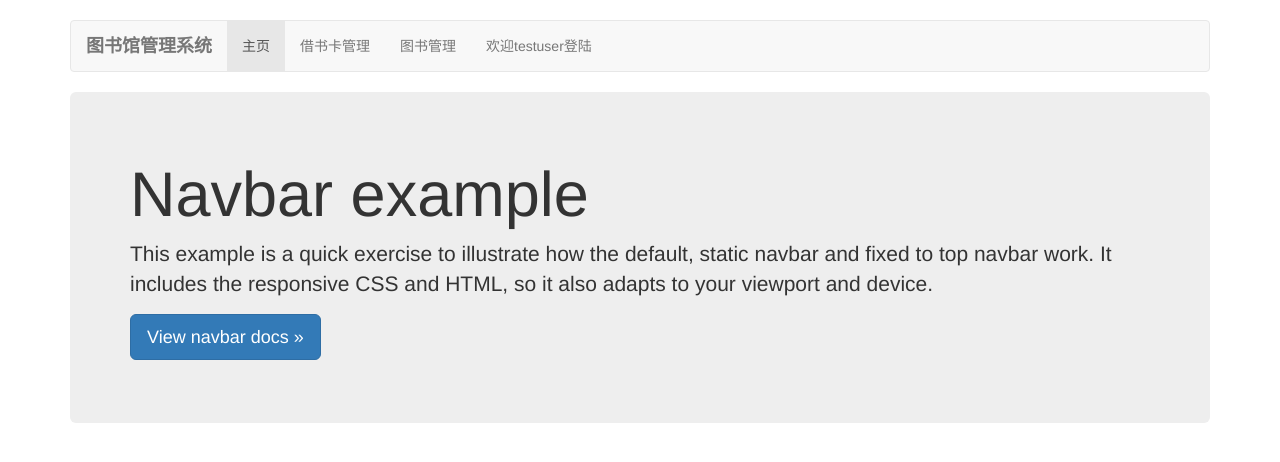
Repository: chaice/code
Page: http://localhost/web5/home
An editor plug-in stored every save of this project. The page is shown before and after the next save, followed by the edit.
The browser window is 1280 px wide. The pictures show the whole page.
Some web libraries are served in a nearby version. The page is served by Tomcat 9. The session is filled in as if someone had signed in: {"username": "testuser"}.

Above is the page before, as saved 2016-06-01 08:05:40.

After the next save:
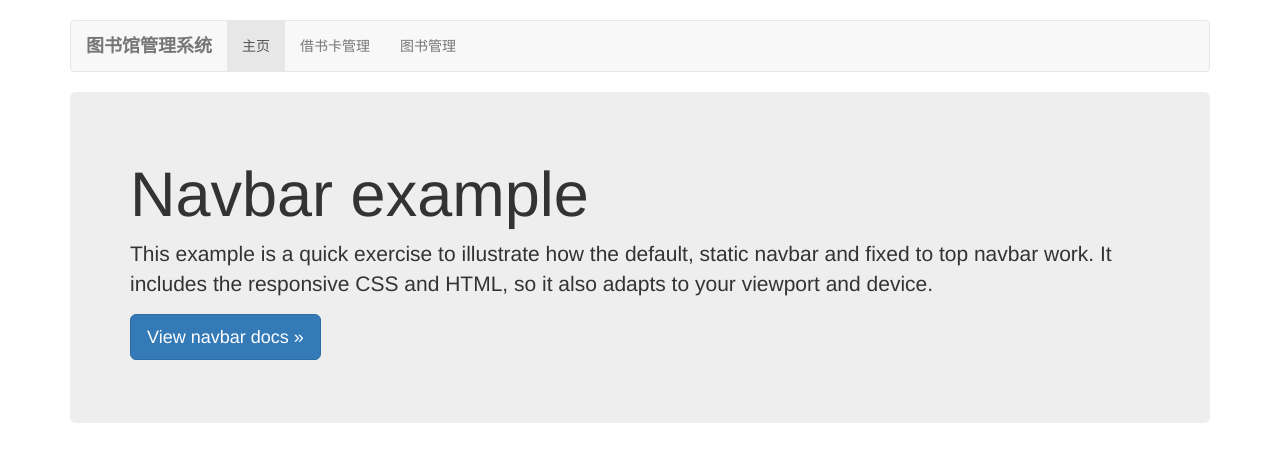
Saved 5 min 0 s later.
--- a/web5/WebContent/WEB-INF/views/head.jsp
+++ b/web5/WebContent/WEB-INF/views/head.jsp
@@ -32,7 +32,6 @@ body {
 						<li><a href="/home">主页</a></li>
 						<li><a href="/card">借书卡管理</a></li>
 						<li><a href="/book">图书管理</a></li>
-						<li><a>欢迎<%=name%>登陆
 						</a></li>
 					</ul>
 				</div>
